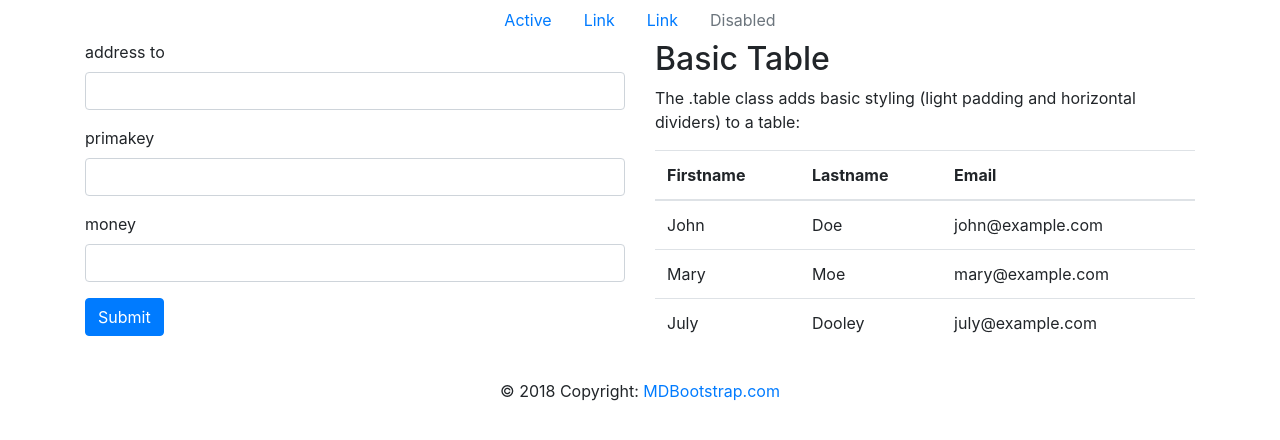
Repository: tienvins/vinsofts-blockchain-training-Oct2018
Page: http://localhost/
An editor plug-in stored every save of this project. The page is shown before and after the next save, followed by the edit.
The browser window is 1280 px wide. The pictures show the whole page.
The page is served by the project's Node server (index.js).

Above is the page before, as saved 2018-11-06 09:39:40.

After the next save:
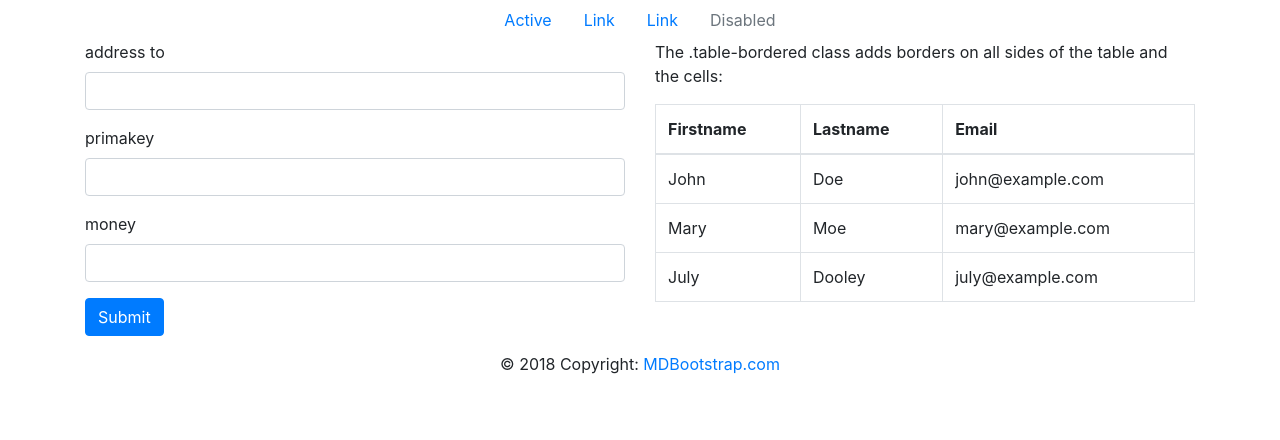
Saved 23 s later.
--- a/tunglt/dappbetting/views/home/index.ejs
+++ b/tunglt/dappbetting/views/home/index.ejs
@@ -22,9 +22,8 @@
 
     </div>
     <div class="col-md-6">
-      <h2>Basic Table</h2>
-  <p>The .table class adds basic styling (light padding and horizontal dividers) to a table:</p>
-  <table class="table">
+      <p>The .table-bordered class adds borders on all sides of the table and the cells:</p>
+  <table class="table table-bordered">
     <thead>
       <tr>
         <th>Firstname</th>
